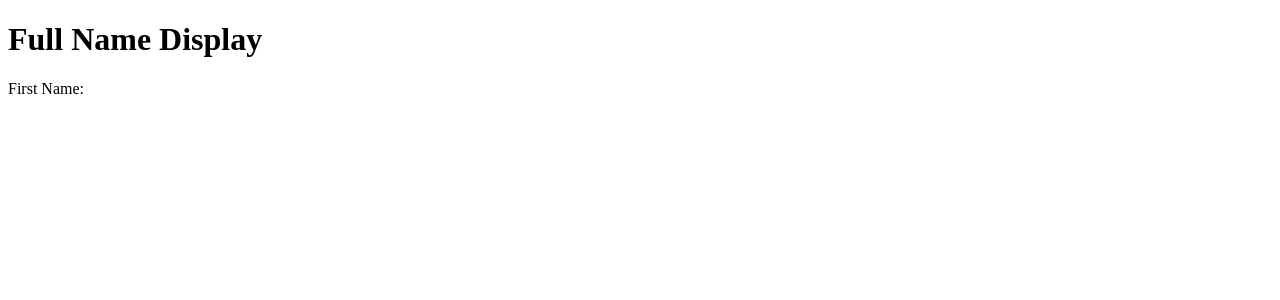
Repository: rajratangm/NameForm
Page: / (app in nameform/)
An editor plug-in stored every save of this project. The page is shown before and after the next save, followed by the edit.
The browser window is 1280 px wide. The pictures show the whole page.
The project was rebuilt for these pictures with package versions that can differ from the ones it lists, and the page was loaded fresh each time. Also part of the build but not shown: nameform/vite.config.js.

Above is the page before, as saved 2024-04-02 16:25:45.

### nameform/src/App.jsx
import { useState } from 'react'
import reactLogo from './assets/react.svg'
import viteLogo from '/vite.svg'
// import './App.css'

function App() {
  const [count, setCount] = useState(0)

  return (
    <>
    <h1>Full Name Display</h1>
    <p>First Name:</p>



    </>
  )
}

export default App

Loaded but not shown: nameform/index.html (common file); nameform/src/main.jsx (common file)

After the next save:
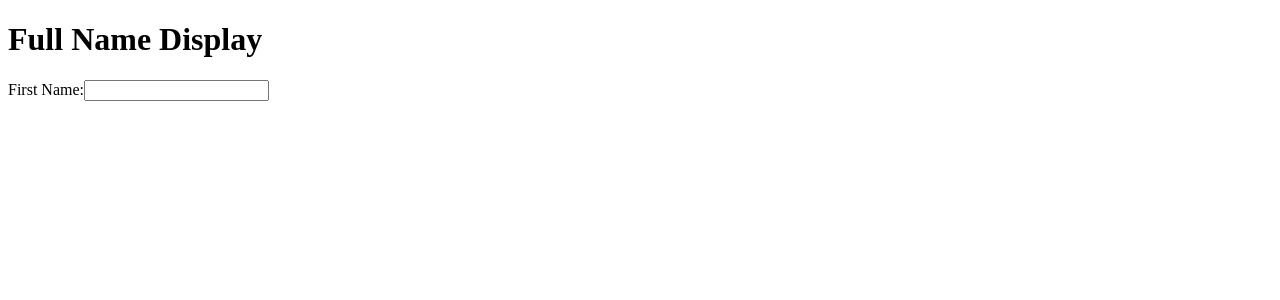
Saved 3 s later.
--- a/nameform/src/App.jsx
+++ b/nameform/src/App.jsx
@@ -9,7 +9,7 @@ function App() {
   return (
     <>
     <h1>Full Name Display</h1>
-    <p>First Name:</p>
+    <p>First Name:<input></input></p>
 
 
 
